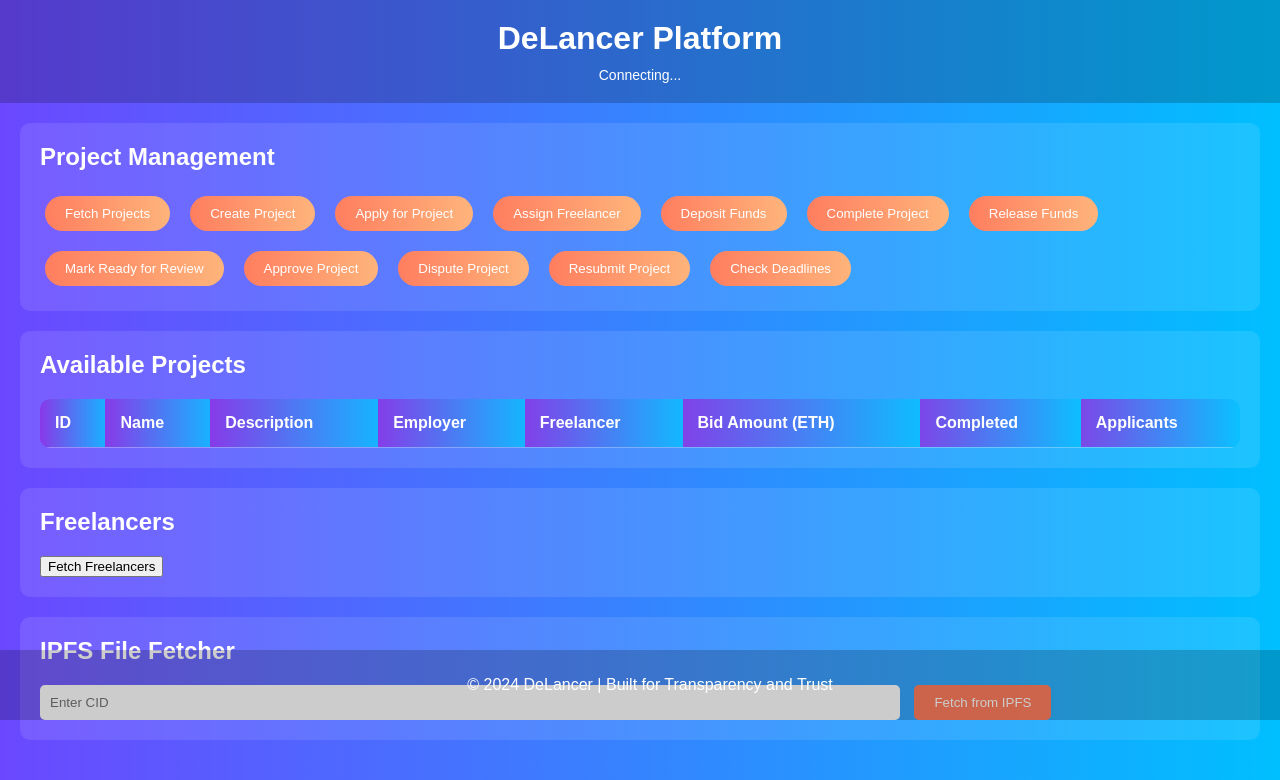
Repository: navjoth/DeLancer
Page: public/index.html
An editor plug-in stored every save of this project. The page is shown before and after the next save, followed by the edit.
The browser window is 1280 px wide. The pictures show the whole page.

Above is the page before, as saved 2025-03-22 00:12:03.

### public/index.html
<!DOCTYPE html>
<html lang="en">

<head>
    <meta charset="UTF-8">
    <meta name="viewport" content="width=device-width, initial-scale=1.0">
    <title>DeLancer</title>
    <script src="https://cdn.jsdelivr.net/npm/web3@1.6.1/dist/web3.min.js"></script>
    <link rel="stylesheet" href="style.css">
</head>

<body>
    <header>
        <h1>DeLancer Platform</h1>
        <div id="userAccount" class="status">Connecting...</div>
    </header>

    <main>
        <!-- Action Buttons Section -->
        <section class="action-section">
            <h2>Project Management</h2>
            <div class="button-group">
                <button id="fetchProjectsBtn">Fetch Projects</button>
                <button id="createProjectBtn">Create Project</button>
                <button id="applyProjectBtn">Apply for Project</button>
                <button id="assignFreelancerBtn">Assign Freelancer</button>
                <button id="depositFundsBtn">Deposit Funds</button>
                <button id="completeProjectBtn">Complete Project</button>
                <button id="releaseFundsBtn">Release Funds</button>
                <!-- New Buttons for Mutual Agreement with Dispute Resolution -->
                <button id="markReadyBtn">Mark Ready for Review</button>
                <button id="approveBtn">Approve Project</button>
                <button id="disputeBtn">Dispute Project</button>
                <button id="resubmitBtn">Resubmit Project</button>
                <button id="checkDeadlinesBtn">Check Deadlines</button>
            </div>
        </section>

        <!-- Display Sections -->
        <section class="display-section">
            <h2>Available Projects</h2>
            <table>
                <thead>
                    <tr>
                        <th>ID</th>
                        <th>Name</th>
                        <th>Description</th>
                        <th>Employer</th>
                        <th>Freelancer</th>
                        <th>Bid Amount (ETH)</th>
                        <th>Completed</th>
                        <th>Applicants</th>
                    </tr>
                </thead>
                <tbody id="projectTable"></tbody>
            </table>
        </section>

        <!-- Freelancer Section -->
        <section class="freelancer-section">
            <h2>Freelancers</h2>
            <button id="fetchFreelancersBtn">Fetch Freelancers</button>
            <div id="freelancerTable"></div>
        </section>

        <!-- IPFS Section -->
        <section class="ipfs-section">
            <h2>IPFS File Fetcher</h2>
            <input type="text" id="cidInput" placeholder="Enter CID" />
            <button id="fetchButton">Fetch from IPFS</button>
        </section>
    </main>

    <footer>
        <p>© 2024 DeLancer | Built for Transparency and Trust</p>
    </footer>

    <script src="js/app.js"></script>
</body>

</html>

### public/style.css
body {
    font-family: Arial, sans-serif;
    background: linear-gradient(to right, #6b48ff, #00bfff);
    color: #fff;
    margin: 0;
    padding: 0;
}

header {
    text-align: center;
    padding: 20px;
    background: rgba(0, 0, 0, 0.2);
}

header h1 {
    margin: 0;
}

.status {
    font-size: 14px;
    margin-top: 10px;
}

main {
    padding: 20px;
}

section {
    background: rgba(255, 255, 255, 0.1);
    border-radius: 10px;
    padding: 20px;
    margin-bottom: 20px;
}

h2 {
    margin-top: 0;
}

.button-group {
    display: flex;
    gap: 10px;
    flex-wrap: wrap;
}

.button-group button {
    background: linear-gradient(90deg, #ff7e5f, #feb47b);
    color: #fff;
    border: none;
    padding: 10px 20px;
    margin: 5px;
    border-radius: 25px;
    cursor: pointer;
    transition: transform 0.2s ease, background 0.3s ease;
}

.button-group button:hover {
    transform: scale(1.05);
    background: linear-gradient(90deg, #feb47b, #ff7e5f);
}

table {
    width: 100%;
    border-collapse: collapse;
    margin-top: 20px;
    background: rgba(255, 255, 255, 0.1);
    border-radius: 10px;
    overflow: hidden;
}

th, td {
    padding: 15px;
    text-align: left;
    border-bottom: 1px solid rgba(255, 255, 255, 0.2);
    color: #fff;
}

th {
    background: linear-gradient(90deg, rgba(138, 43, 226, 0.8), rgba(0, 191, 255, 0.8));
    font-weight: bold;
}

td {
    background: rgba(255, 255, 255, 0.05);
}

#freelancerTable div {
    background: rgba(255, 255, 255, 0.1);
    padding: 15px;
    margin: 10px 0;
    border-radius: 10px;
    color: #fff;
}

#freelancerTable hr {
    border: 0;
    border-top: 1px solid rgba(255, 255, 255, 0.2);
}

.ipfs-section input {
    padding: 10px;
    width: 70%;
    border: none;
    border-radius: 5px;
    margin-right: 10px;
}

.ipfs-section button {
    padding: 10px 20px;
    border: none;
    border-radius: 5px;
    background: #ff7e5f;
    color: #fff;
    cursor: pointer;
}

footer {
    text-align: center;
    padding: 10px;
    background: rgba(0, 0, 0, 0.2);
    position: fixed;
    bottom: 0;
    width: 100%;
}

Loaded but not shown: public/js/app.js (1416 lines, source omitted)

After the next save:
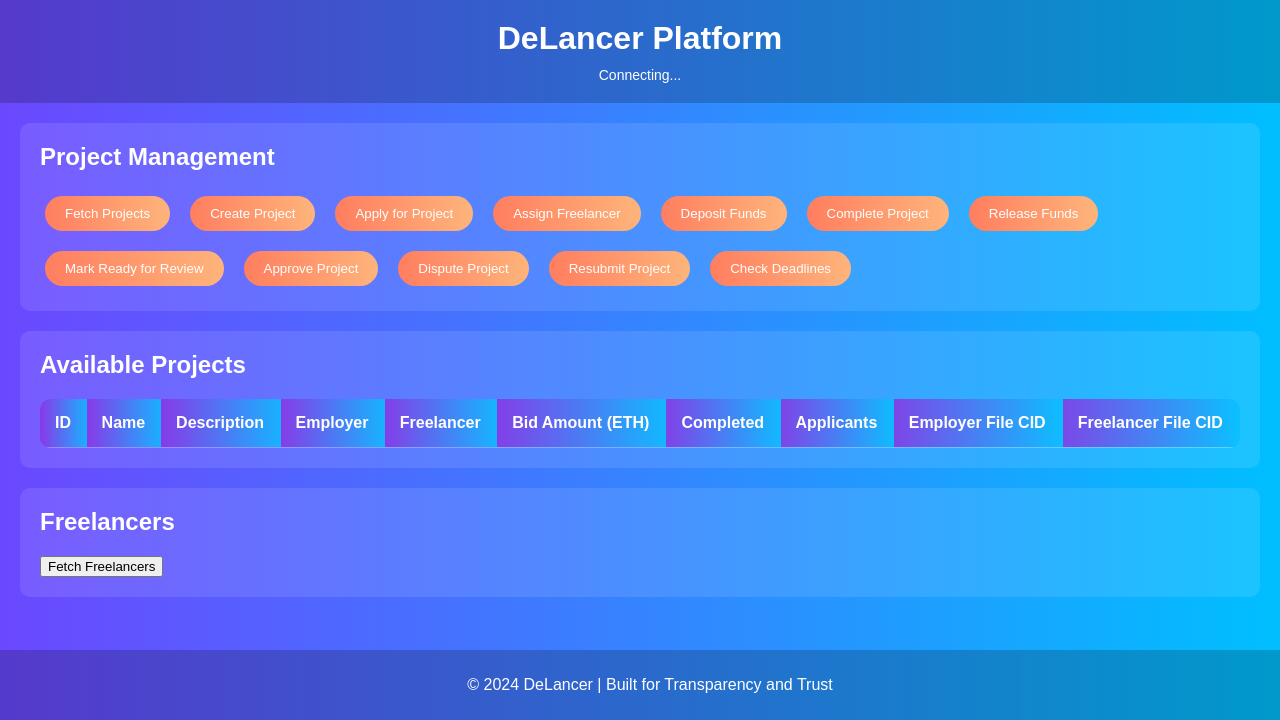
Saved 19 s later.
--- a/public/index.html
+++ b/public/index.html
@@ -6,6 +6,8 @@
     <meta name="viewport" content="width=device-width, initial-scale=1.0">
     <title>DeLancer</title>
     <script src="https://cdn.jsdelivr.net/npm/web3@1.6.1/dist/web3.min.js"></script>
+    <!-- Add ipfs-http-client -->
+    <script src="https://unpkg.com/ipfs-http-client@59.0.0/dist/index.min.js"></script>
     <link rel="stylesheet" href="style.css">
 </head>
 
@@ -27,7 +29,6 @@
                 <button id="depositFundsBtn">Deposit Funds</button>
                 <button id="completeProjectBtn">Complete Project</button>
                 <button id="releaseFundsBtn">Release Funds</button>
-                <!-- New Buttons for Mutual Agreement with Dispute Resolution -->
                 <button id="markReadyBtn">Mark Ready for Review</button>
                 <button id="approveBtn">Approve Project</button>
                 <button id="disputeBtn">Dispute Project</button>
@@ -50,6 +51,8 @@
                         <th>Bid Amount (ETH)</th>
                         <th>Completed</th>
                         <th>Applicants</th>
+                        <th>Employer File CID</th>
+                        <th>Freelancer File CID</th>
                     </tr>
                 </thead>
                 <tbody id="projectTable"></tbody>
@@ -63,12 +66,7 @@
             <div id="freelancerTable"></div>
         </section>
 
-        <!-- IPFS Section -->
-        <section class="ipfs-section">
-            <h2>IPFS File Fetcher</h2>
-            <input type="text" id="cidInput" placeholder="Enter CID" />
-            <button id="fetchButton">Fetch from IPFS</button>
-        </section>
+        <!-- Removed the non-functional IPFS section since fetching is now in the project table -->
     </main>
 
     <footer>
